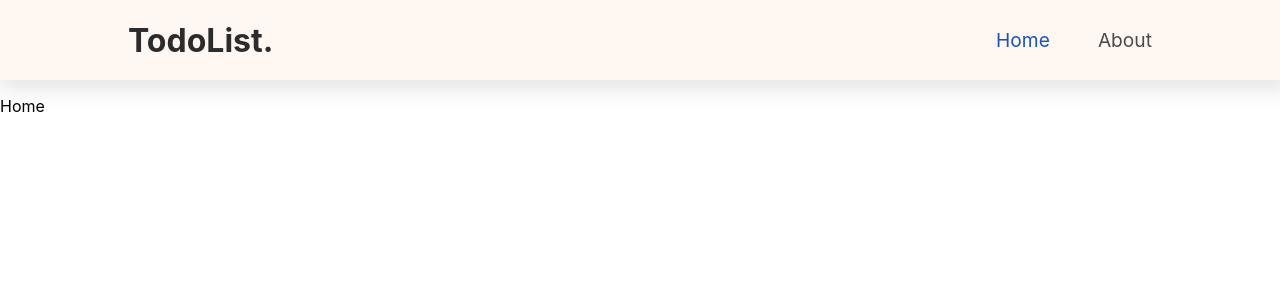
Repository: dqhuy153/react-todoList
Page: /
An editor plug-in stored every save of this project. The page is shown before and after the next save, followed by the edit.
The browser window is 1280 px wide. The pictures show the whole page.
The project was rebuilt for these pictures with package versions that can differ from the ones it lists, and the page was loaded fresh each time. Also part of the build but not shown: src/components/UI/LoadingSpinner.module.scss.

Above is the page before, as saved 2021-09-16 19:18:49.

### src/App.js
import React, { Suspense } from 'react';
import { Switch, Route } from 'react-router-dom';

import './App.css';
import Layout from './components/layout/Layout';
import LoadingSpinner from './components/UI/LoadingSpinner';

const Home = React.lazy(() => import('./components/pages/Home'));
const About = React.lazy(() => import('./components/pages/About'));

function App() {
  return (
    <Layout>
      <Suspense
        fallback={
          <div className="centered">
            <LoadingSpinner />
          </div>
        }
      >
        <Switch>
          <Route path="/" exact>
            <Home />
          </Route>
          <Route path="/about">
            <About />
          </Route>
          {/* <Route path="/products" exact>
          <Products />
        </Route>
        <Route path="/products/:productId">
          <ProductDetail />
        </Route> */}
        </Switch>
      </Suspense>
    </Layout>
  );
}

export default App;

### src/App.css
* {
  box-sizing: border-box;
}

.centered {
  margin: 3rem auto;
  text-align: center;
  display: flex;
  justify-content: center;
  align-items: center;
}

### src/components/layout/Layout.js
import React, { Fragment } from 'react';
import AppNavigation from './AppNavigation';

import styles from './Layout.module.scss';

export default function Layout(props) {
  return (
    <Fragment>
      <AppNavigation logoTitle="TodoList." />
      <main className={styles.main}>{props.children}</main>
    </Fragment>
  );
}

### src/components/UI/LoadingSpinner.js
import styles from './LoadingSpinner.module.scss';

const LoadingSpinner = () => {
  return <div className={styles.spinner}></div>;
};

export default LoadingSpinner;

### src/components/pages/Home.js
import React from 'react';

export default function Home(props) {
  return (
    <>
      <p>Home</p>
    </>
  );
}

### src/components/layout/AppNavigation.js
import React from 'react';
import { NavLink } from 'react-router-dom';

import styles from './AppNavigation.module.scss';

export default function AppNavigation({ logoTitle = 'Demo.', ...props }) {
  return (
    <header className={styles.header}>
      <div className={styles.logo}>{logoTitle}</div>
      <nav>
        <ul>
          <li>
            <NavLink to="/" exact activeClassName={styles.active}>
              Home
            </NavLink>
          </li>
          <li>
            <NavLink to="/about" activeClassName={styles.active}>
              About
            </NavLink>
          </li>
        </ul>
      </nav>
    </header>
  );
}

### src/components/layout/AppNavigation.module.scss
.header {
  width: 100%;
  height: 5rem;
  display: flex;
  align-items: center;
  justify-content: space-between;
  background-color: #fff7f1;
  padding: 0 10%;
  box-shadow: 5px 5px 20px 5px rgba(0, 0, 0, 0.1);
}

.logo {
  font-size: 2rem;
  color: rgb(44, 44, 44);
  font-weight: bold;
}

.header ul {
  list-style: none;
  margin: 0;
  padding: 0;
  display: flex;
  align-items: baseline;
}

.header li {
  margin-left: 3rem;
}

.header a {
  text-decoration: none;
  font-size: 1.2rem;
  color: #4b4b4b;
}

.header a:hover,
.header a:active,
.header a.active {
  color: rgb(28, 83, 184);
}

Loaded but not shown: public/index.html (common file); src/index.js (common file); src/index.css (common file); src/reportWebVitals.js (common file); src/components/layout/Layout.module.scss (no stored copy; drawn as an empty file)

After the next save:
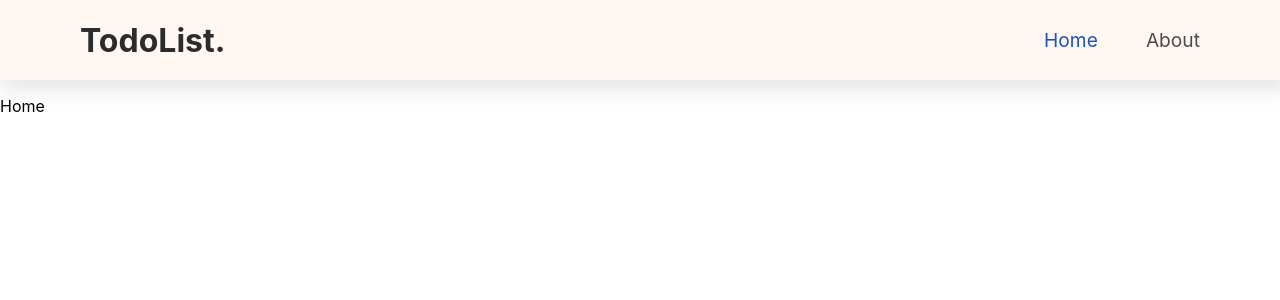
Saved 16 s later.
--- a/src/components/layout/AppNavigation.module.scss
+++ b/src/components/layout/AppNavigation.module.scss
@@ -5,7 +5,7 @@
   align-items: center;
   justify-content: space-between;
   background-color: #fff7f1;
-  padding: 0 10%;
+  padding: 0 5rem;
   box-shadow: 5px 5px 20px 5px rgba(0, 0, 0, 0.1);
 }
 
